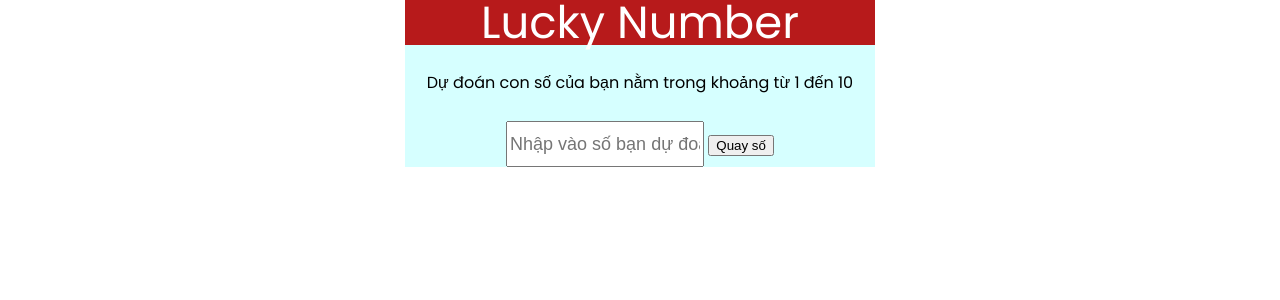
Repository: whis16720/PhuNguyen-C4EJS-D15
Page: index.html
An editor plug-in stored every save of this project. The page is shown before and after the next save, followed by the edit.
The browser window is 1280 px wide. The pictures show the whole page.
The style sheet was rebuilt from its Sass, Less or Tailwind sources for each picture, by a compiler version that may differ from the author's.

Above is the page before, as saved 2020-09-22 19:46:30.

After the next save:
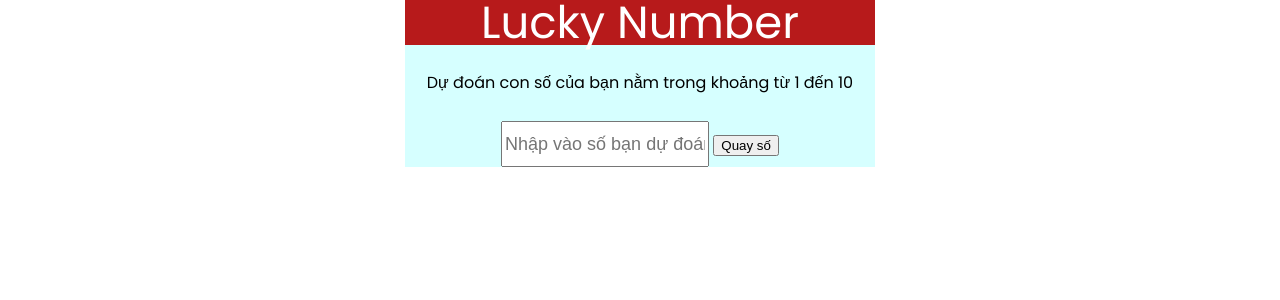
Saved 15 s later.
--- a/style.scss
+++ b/style.scss
@@ -18,7 +18,7 @@
     text-align: center;
   }
   &__input {
-    width: 190px;
+    width: 200px;
     height: 40px;
 
     font-size: 18px;
